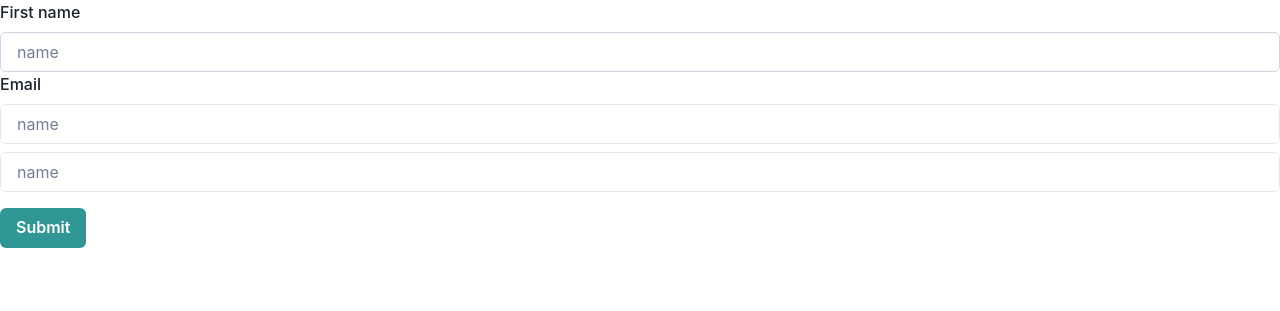
Repository: shash0708/attendence
Page: /form
These files come from the project's save history. The page is drawn as it stood at one moment and after a run of saves; the edit follows.
The browser window is 1280 px wide. The pictures show the whole page.
The project was rebuilt for these pictures with package versions that can differ from the ones it lists, and the page was loaded fresh each time. Also part of the build but not shown: src/App.css, client/src/components/Navbar/Navbar.component.jsx, src/components/Button/Button.component.jsx, src/components/Login/Login.component.jsx, src/components/homeProp/HomeProp.styles.scss, src/components/homeProp/HomeProp.component.jsx, src/routes/Home/Home.styles.scss, src/routes/Home/Home.component.jsx and 2 more.

Above is the page before, as saved 2024-04-06 21:49:05.

### src/index.js
import React from 'react';
import ReactDOM from 'react-dom/client';
import './index.css';
import App from './App';
import reportWebVitals from './reportWebVitals';
import { BrowserRouter } from 'react-router-dom';
import { ChakraProvider } from '@chakra-ui/react'

const root = ReactDOM.createRoot(document.getElementById('root'));
root.render(
  <React.StrictMode>
  <BrowserRouter>
<ChakraProvider>
    <App />
    </ChakraProvider>
    </BrowserRouter>

  </React.StrictMode>
);

// If you want to start measuring performance in your app, pass a function
// to log results (for example: reportWebVitals(console.log))
// or send to an analytics endpoint. Learn more: https://bit.ly/CRA-vitals
reportWebVitals();

### src/App.js
import './App.css';
import Home from './routes/Home/Home.component.jsx'
import { Routes,Route} from 'react-router-dom';
import Authentication from './routes/Authentication/Authentication.component';
import Form from './components/Form/From.component.jsx';

function App() {
  return (
    <Routes>
    <Route index element={<Home/>}/>

    <Route path='auth' element={<Authentication/>}/>
    <Route path='form' element={<Form/>}/>
    </Routes>
  );
}

export default App;

### src/components/Form/From.component.jsx
import { useForm } from 'react-hook-form'
import {
  FormErrorMessage,
  FormLabel,
  FormControl,
  Input,
  Button,
} from '@chakra-ui/react'

export default function Form() {
  const {
    handleSubmit,
    register,
    formState: { errors, isSubmitting },
  } = useForm()

  function onSubmit(values) {
    return new Promise((resolve) => {
      setTimeout(() => {
        alert(JSON.stringify(values, null, 2))
        resolve()
      }, 3000)
    })
  }

  return (
    <form onSubmit={handleSubmit(onSubmit)}>
      <FormControl isInvalid={errors.name}>
        <FormLabel htmlFor='name'>First name</FormLabel>
        <Input
          id='name'
          placeholder='name'
          {...register('name', {
            required: 'This is required',
            minLength: { value: 4, message: 'Minimum length should be 4' },
          })}
        />
        <FormErrorMessage>
          {errors.name && errors.name.message}
        </FormErrorMessage>
      </FormControl>
      <FormControl isInvalid={errors.name}>
        <FormLabel htmlFor='name'>Email</FormLabel>
        <Input
          id='name'
          placeholder='name'
          {...register('name', {
            required: 'This is required',
            minLength: { value: 4, message: 'Minimum length should be 4' },
          })}
        />
        <FormErrorMessage>
          {errors.name && errors.name.message}
        </FormErrorMessage>
      </FormControl>

      <FormControl isInvalid={errors.name}>
        <FormLabel htmlFor='name'></FormLabel>
        <Input
          id='name'
          placeholder='name'
          {...register('name', {
            required: 'This is required',
            minLength: { value: 4, message: 'Minimum length should be 4' },
          })}
        />
        <FormErrorMessage>
          {errors.name && errors.name.message}
        </FormErrorMessage>
      </FormControl>
      <Button mt={4} colorScheme='teal' isLoading={isSubmitting} type='submit'>
        Submit
      </Button>
    </form>
  )
}

Loaded but not shown: public/index.html (common file); src/index.css (common file); src/reportWebVitals.js (common file)

After the next 2 saves:
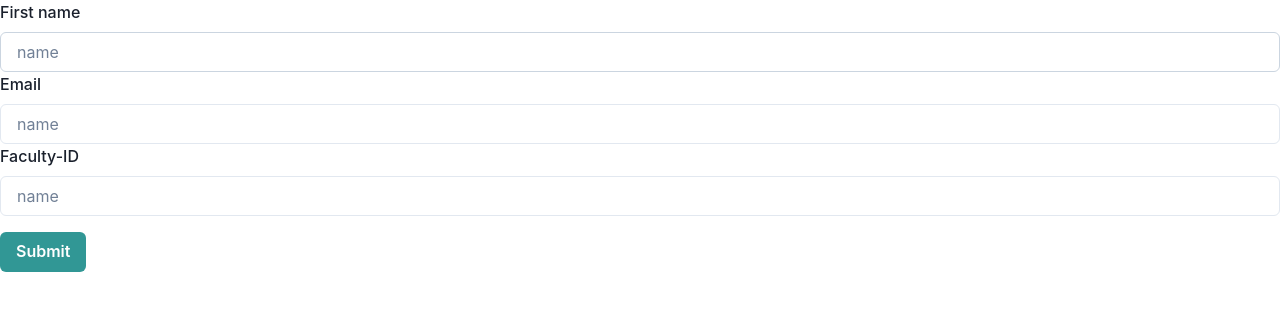
The 2 saves are shown as one change because they came seconds apart.
The last was saved 7 s later.
--- a/src/components/Form/From.component.jsx
+++ b/src/components/Form/From.component.jsx
@@ -55,7 +55,7 @@ export default function Form() {
       </FormControl>
 
       <FormControl isInvalid={errors.name}>
-        <FormLabel htmlFor='name'></FormLabel>
+        <FormLabel htmlFor='name'>Faculty-ID</FormLabel>
         <Input
           id='name'
           placeholder='name'
